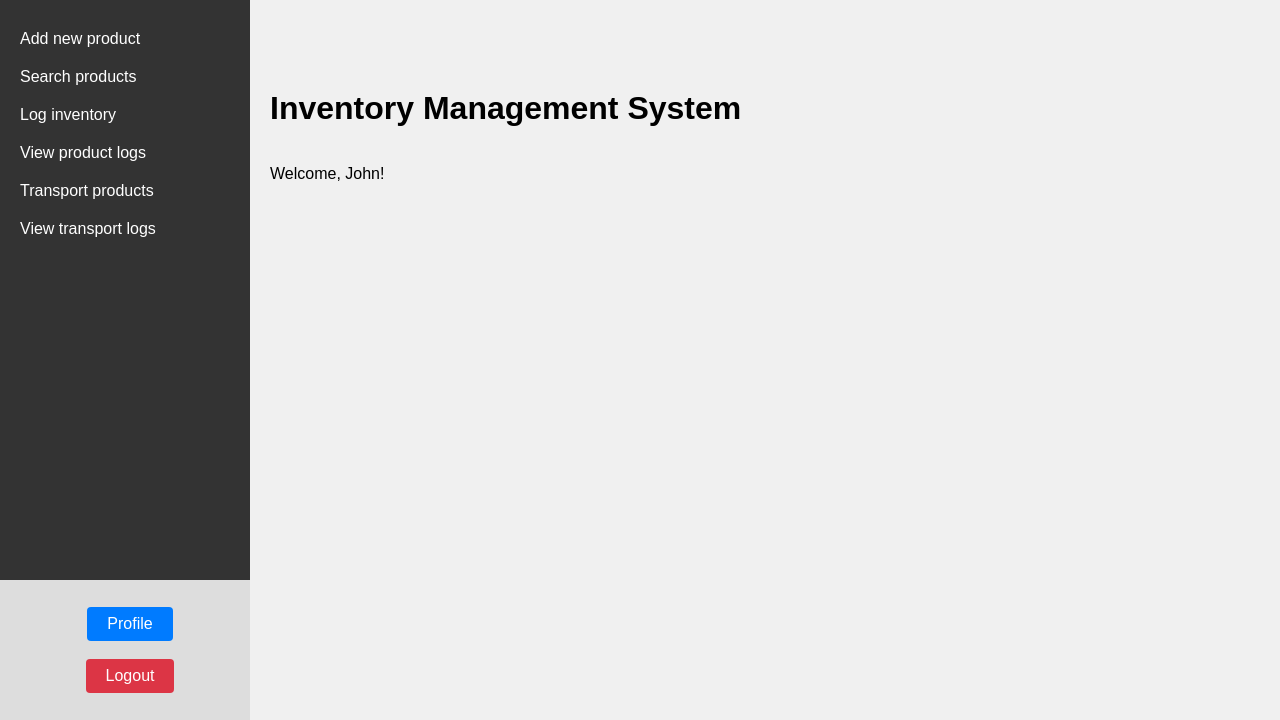
Repository: Warspinix/Flask-Web-Applications
Page: http://localhost/dashboard
An editor plug-in stored every save of this project. The page is shown before and after the next save, followed by the edit.
The browser window is 1280 px wide. The pictures show the whole page.
The page is served by the project's application, run on Flask 3 (app.py). The session is filled in as if someone had signed in: {"user_id": 1, "first_name": "John"}.

Above is the page before, as saved 2024-06-13 22:35:16.

After the next save:
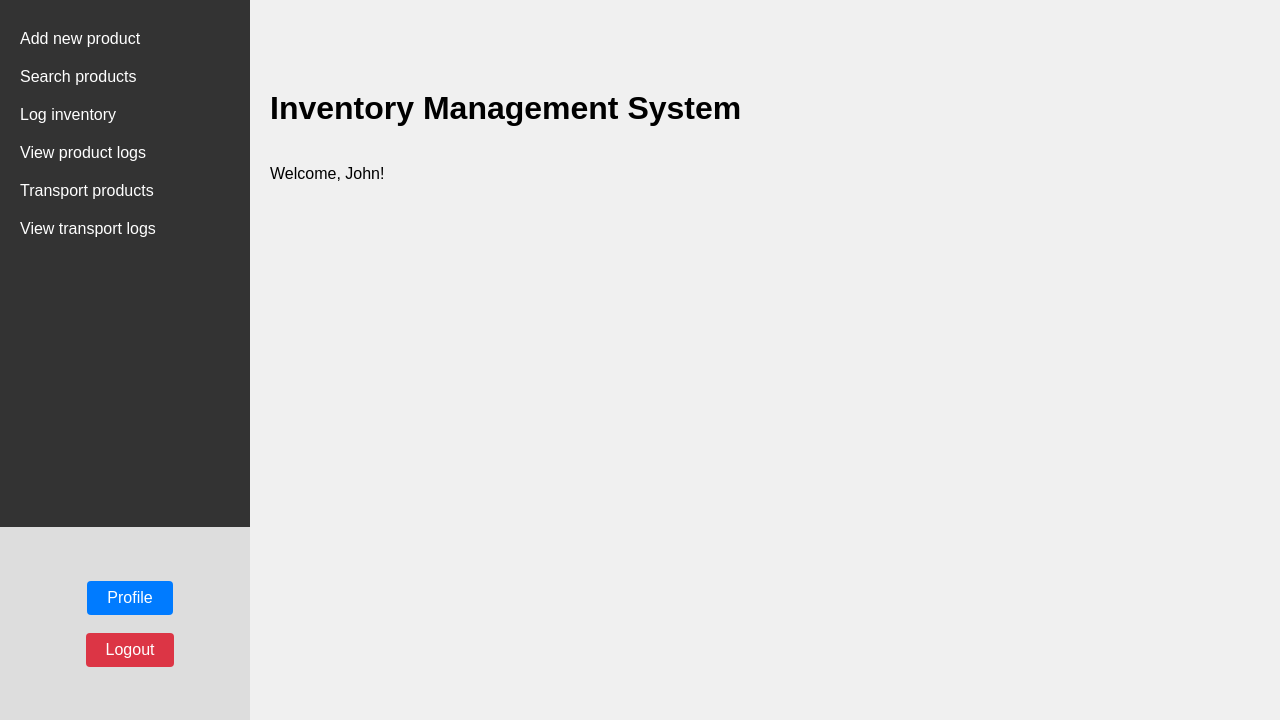
Saved 11 s later.
--- a/static/style.css
+++ b/static/style.css
@@ -86,7 +86,7 @@ h1 {
     justify-content: center;
     text-align: right;
     padding: 10px 40px;
-    height: 20svh;
+    height: 30svh;
 }
 
 .profile-logout a {
